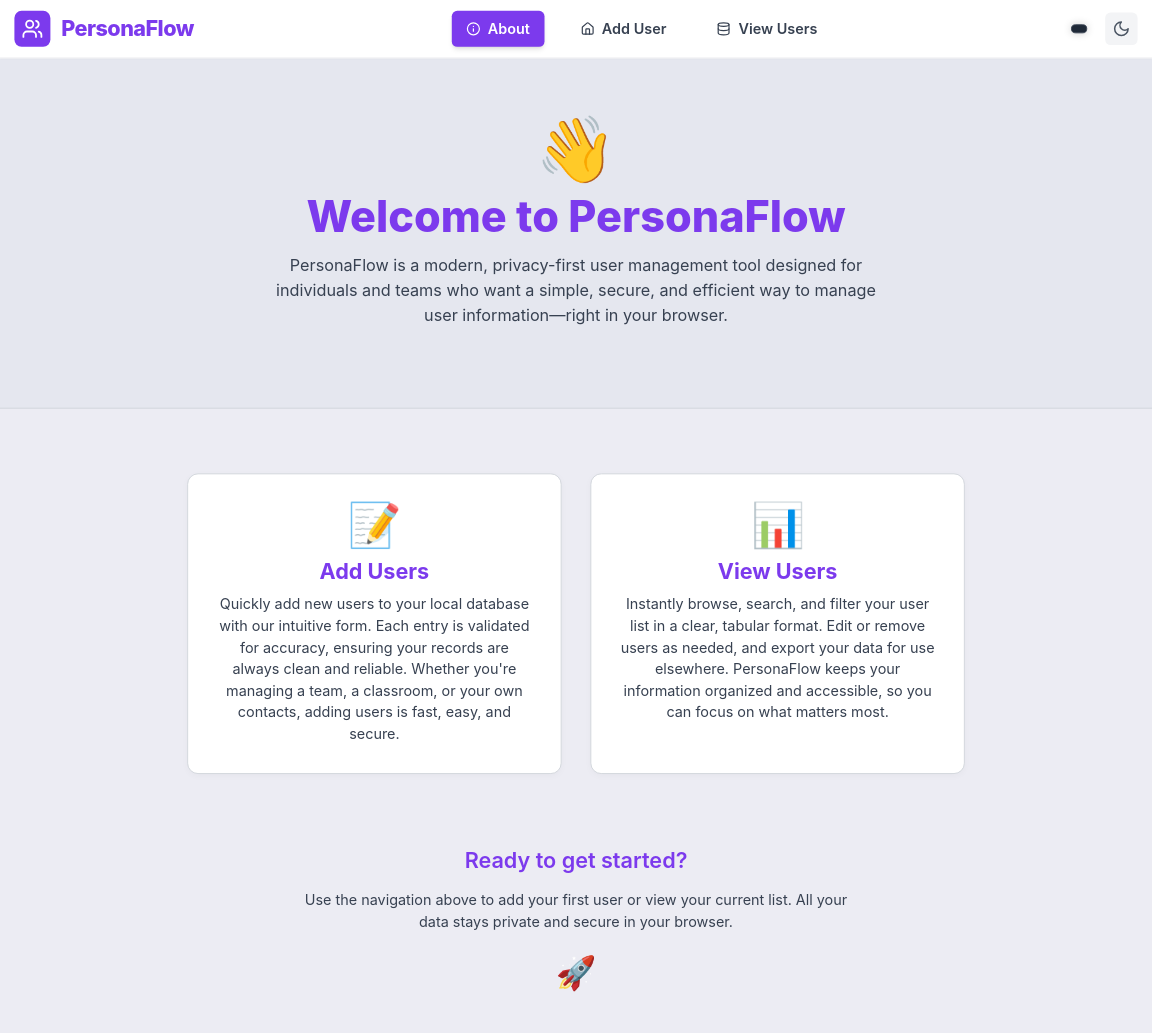
Repository: nikunjagarwal05/PersonaFlow
Page: /
The author's editor kept a copy of each file at every save. The page is drawn from the files as they stood at one save, then again after the next save.
The browser window is 1280 px wide. The pictures show the whole page, at 90% of full size.
The project was rebuilt for these pictures with package versions that can differ from the ones it lists, and the page was loaded fresh each time. Also part of the build but not shown: vite.config.ts, src/components/Toast.jsx, src/components/UserForm.jsx, src/utils/localStorage.js, src/pages/Home.jsx, src/components/UserTable.jsx, src/components/SearchBar.jsx, src/components/Pagination.jsx and 2 more.

Above is the page before, as saved 2025-06-12 12:07:37.

After the next save:
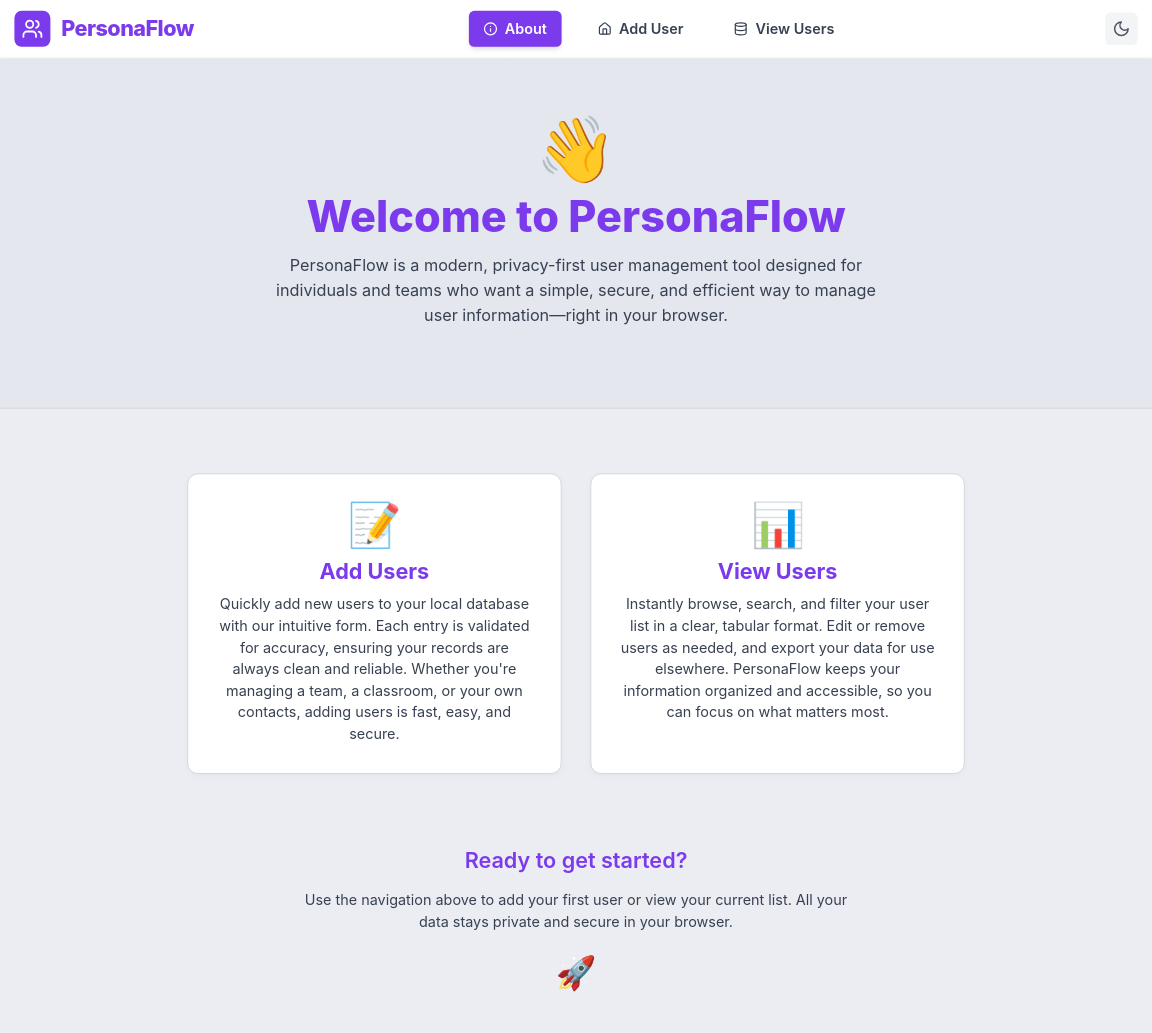
Saved 54 s later.
--- a/src/components/Navbar.jsx
+++ b/src/components/Navbar.jsx
@@ -60,7 +60,7 @@
 
         {/* Right Side - Dark Mode + Translate */}
         <div className="flex items-center space-x-3">
-          <div id="google_translate_element"></div>
+
           <button
             onClick={toggleDarkMode}
             className="p-2 rounded-md bg-gray-100 dark:bg-gray-800 hover:bg-gray-200 dark:hover:bg-gray-700"

After the save that followed:
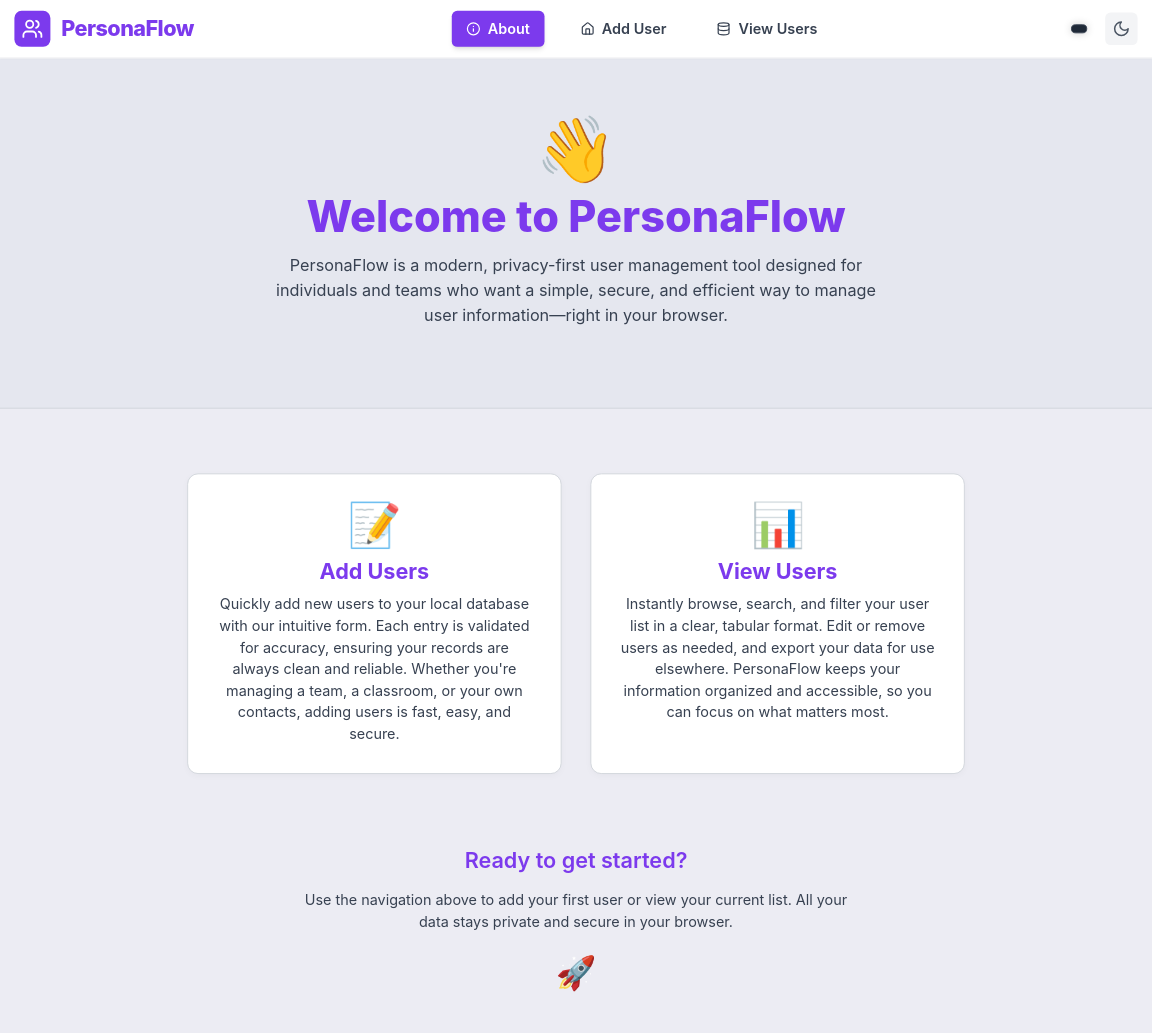
Saved 5 s later.
--- a/src/components/Navbar.jsx
+++ b/src/components/Navbar.jsx
@@ -60,7 +60,7 @@
 
         {/* Right Side - Dark Mode + Translate */}
         <div className="flex items-center space-x-3">
-
+          <LanguageSelector />
           <button
             onClick={toggleDarkMode}
             className="p-2 rounded-md bg-gray-100 dark:bg-gray-800 hover:bg-gray-200 dark:hover:bg-gray-700"
